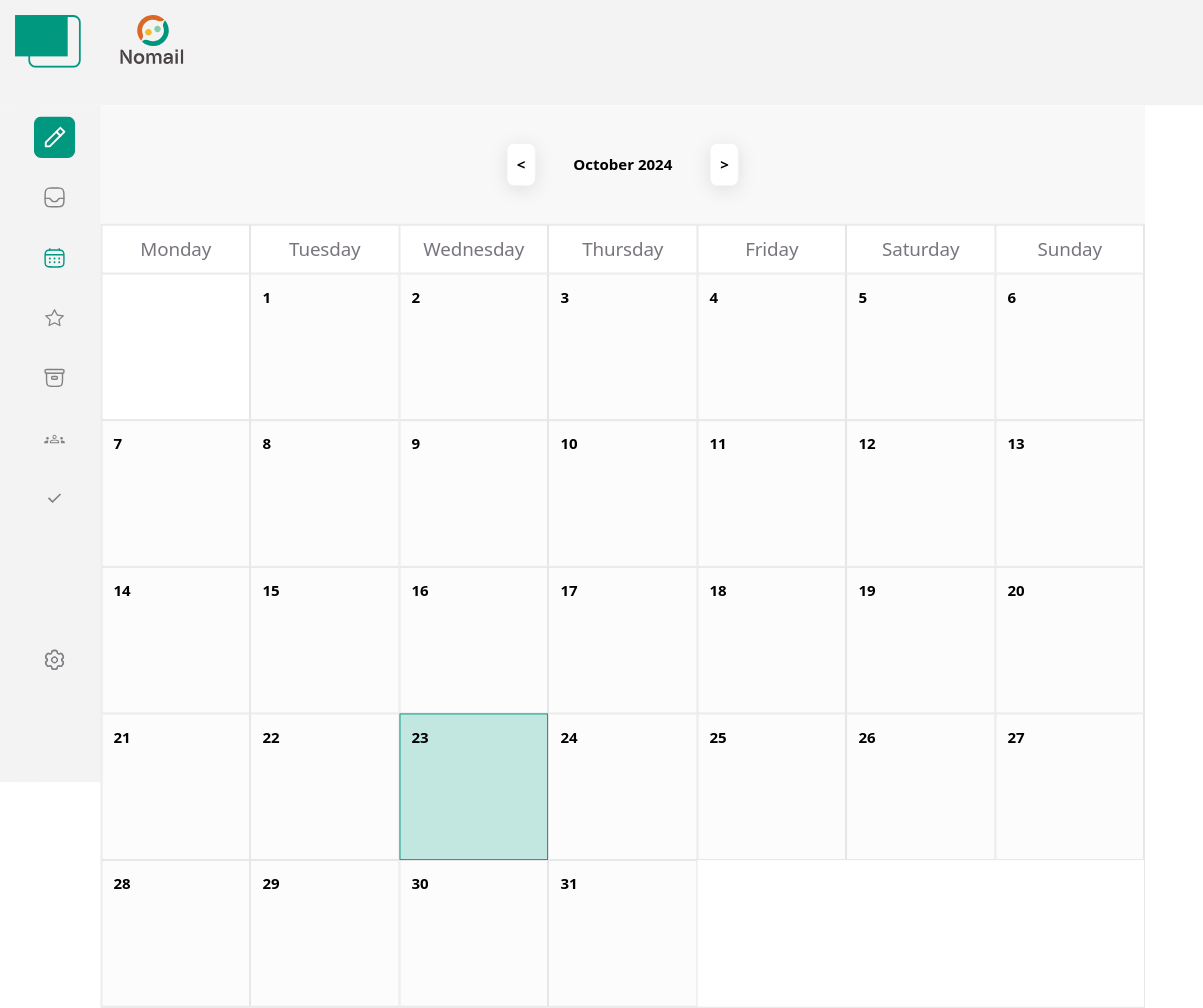
Repository: Tofigkh1/Nomail-App
Page: /calendar
These files come from the project's save history. The page is drawn as it stood at one moment and after the next save; the edit follows.
The browser window is 1280 px wide. The pictures show the whole page, at 94% of full size.
The project was rebuilt for these pictures with package versions that can differ from the ones it lists, and the page was loaded fresh each time. The framework's server and built-in components were replaced by stand-ins that run in the browser. Also part of the build but not shown: next.config.mjs, components/shared/svg/calendarSvg.jsx.

Above is the page before, as saved 2024-10-23 03:21:51.

### app/layout.tsx
import type { Metadata } from "next";
import localFont from "next/font/local";
import "./Styles/globals.css";
import Header from "@/components/shared/client/Header/header";

const geistSans = localFont({
  src: "./fonts/GeistVF.woff",
  variable: "--font-geist-sans",
  weight: "100 900",
});
const geistMono = localFont({
  src: "./fonts/GeistMonoVF.woff",
  variable: "--font-geist-mono",
  weight: "100 900",
});

export const metadata: Metadata = {
  title: "Create Next App",
  description: "Generated by create next app",
};

export default function RootLayout({
  children,
}: Readonly<{
  children: React.ReactNode;
}>) {
  return (
    <html lang="en">
      <body
        className={`${geistSans.variable} ${geistMono.variable} antialiased`}
      >
        {children}

      </body>
    </html>
  );
}

### app/calendar/page.tsx
"use client"
import Header from "@/components/shared/client/Header/header";
import Sidebar, { SidebarContext, SidebarItem } from "@/components/shared/client/SideBarMenu/sideBarMenu";
import NomailPaleSvg from '../../components/shared/svg/nomailPaleSvg';
import NewMail from '../../components/shared/svg/newMail';
import InboxSvg from '../../components/shared/svg/InboxSvg';
import CalendarSvg from '../../components/shared/svg/calendarSvg';
import FavoritesSvg from '../../components/shared/svg/FavoritesSvg';
import ArchiveSvg from '../../components/shared/svg/ArchiveSvg';
import GroupSvg from '../../components/shared/svg/groupSvg';
import TodoSvg from '../../components/shared/svg/TodoSvg';
import { useState } from "react";
import MainFrameMessage from "@/components/shared/client/MainFrameMessage";
import { Calendar } from '../../components/shared/client/Calendar/index';
import { usePathname } from "next/navigation";
import Link from "next/link"; // Link ile yönlendirme yapacağız
import CalendarActiveSvg from "../../components/shared/svg/calendarActiveSvg";
import SettingSvg from "../../components/shared/svg/settingSvg";

export default function CalendarPage() {
    const [expanded, setExpanded] = useState(false); // Sidebar state
    const pathname = usePathname(); // Pathname'i almak için usePathname kullanıldı

    // Sidebar genişliği: genişletildiğinde 250px, daraltıldığında 95px olacak
    const sidebarWidth = expanded ? '200px' : '45px';

    return (
        <div>
            <SidebarContext.Provider value={{ expanded, setExpanded }}>
                <div>
                    <Header />

                    <div className="flex">
                        {/* Sidebar Section */}
                        <div style={{ width: sidebarWidth }}>
                            <Sidebar>
                                <SidebarItem
                                    icon={<NewMail />}
                                    text="New Mail"
                                    active={false}
                                    onClick={() => {}} // Handle clicks if needed
                                />
                                <SidebarItem
                                    icon={<InboxSvg />}
                                    text="Inbox"
                                    active={false}
                                    onClick={() => {}}
                                />
                                  <SidebarItem
                                icon={pathname === '/calendar' ? <CalendarActiveSvg /> : <CalendarSvg />}
                                active={pathname === '/calendar'}
                                text="Calendar"
                                onClick={() => push('/calendar')}
                            />
                                <SidebarItem
                                    icon={<FavoritesSvg />}
                                    text="Favorites"
                                    active={false}
                                    onClick={() => {}}
                                />
                                <SidebarItem
                                    icon={<ArchiveSvg />}
                                    text="Archive"
                                    active={false}
                                    onClick={() => {}}
                                />
                                <SidebarItem
                                    icon={<GroupSvg />}
                                    text="Groups"
                                    active={false}
                                    onClick={() => {}}
                                />
                                <SidebarItem
                                    icon={<TodoSvg />}
                                    text="To do"
                                    active={false}
                                    onClick={() => {}}
                                />
                                   {/* Settings item moved to the bottom */}
                            <div className=" mt-28">
                                <SidebarItem
                                    icon={<SettingSvg />}
                                    text="Settings"
                                    active={false}
                                    onClick={() => {}}
                                />
                            </div>
                            </Sidebar>
                        </div>
                        <div className="flex flex-grow justify-center items-center  flex-col font-semibold ">
                   <Calendar/>
                        </div>


                    </div>
                </div>
            </SidebarContext.Provider>
        </div>
    );
}

### app/Styles/globals.css
@tailwind base;
@tailwind components;
@tailwind utilities;


.App {
  font-family: sans-serif;
  text-align: center;
}


:root {
  --background: #ffffff;
  --foreground: #171717;
}

@media (prefers-color-scheme: dark) {
  :root {
    --background: #0a0a0a;
    --foreground: #ededed;
  }
}


@layer utilities {
  .text-balance {
    text-wrap: balance;
  }
}

### components/shared/client/Header/header.tsx
import { useContext } from "react";
import { SidebarContext } from '../SideBarMenu/sideBarMenu'; // Import context
import NomailLogo from "@/components/shared/svg/headerlLogoSvg";
import HamburgerBtnSvg from "../../svg/hamburgerBtnSvg"



export default function Header() {

    const { expanded, setExpanded } = useContext(SidebarContext); // Access context

    return (
        <div className="flex items-center justify-between p-4 bg-headerColor text-white">
            <div className='w-auto h-20 flex gap-14'>

                <div>
                    <button onClick={() => setExpanded(!expanded)}
                            className="pl-3.5 bg-textColorGreen hover:bg-clientButtonGreen w-14 h-11">
                        <HamburgerBtnSvg/>
                    </button>
                </div>

                <div>
                    <NomailLogo/>
                </div>


            </div>
        </div>
    );
}

### components/shared/client/SideBarMenu/sideBarMenu.tsx
import React, { useState, useContext, ReactNode } from "react";
import { ChevronFirst, ChevronLast } from "lucide-react";

export const SidebarContext = React.createContext<{ expanded: boolean; setExpanded: (expanded: boolean) => void; }>({
    expanded: false,
    setExpanded: () => {},
});

// Sidebar component now depends on context for state
export default function Sidebar({ children }: { children: ReactNode }) {
    const { expanded, setExpanded } = useContext(SidebarContext);

    return (
        <aside className="h-screen bg-headerColor">
            <nav
                className={`h-full flex flex-col bg-headerColor border-r border-whiteLight3 transition-all duration-200 ease-in-out ml-3 ${expanded ? "w-[127%] h-[130%] " : "w-[99px]"}`}>

                <ul className=" flex-1 px-3">{children}</ul>
            </nav>
        </aside>
    );
}

// SidebarItem component for individual items inside the sidebar
type SidebarItemProps = {
    icon: ReactNode;   // Icon to display in the sidebar item
    text: string;      // Text to display in the sidebar item
    active: boolean;   // Boolean to determine if the item is active (highlighted)
    onClick: () => void; // Add onClick function to handle clicks
    style?: React.CSSProperties;
};

export function SidebarItem({icon, text, active, onClick,style}: SidebarItemProps) {
    const context = useContext(SidebarContext); // Sidebar context to manage expanded/collapsed state
    const {expanded} = context!;

    return (
        <li
            onClick={onClick} // Attach the click handler here
            style={style}
            className={`group relative flex items-center py-2 px-3 my-1 font-medium rounded-md cursor-pointer duration-300 ease-in-out transition-colors
          ${
                active
                    ? " text-mainRedLight " // Active item style
                    : " text-gray-600 " // Hover style for non-active items
            }`}
        >

            <span className="text-xl transition-all duration-300 ease-in-out">
        {icon}
      </span>

            {/* Text büyütüldü ve boşluk artırıldı */}
            {expanded && (
                <span className="ml-4 text-xl text-black transition-all duration-300 ease-in-out ">
          {text}
        </span>
            )}

            {/* Navbar kapalıyken hover ile çıkan isimler için arka plan yeşil yapıldı */}
            {!expanded && (
                <span
                    className={` absolute left-full whitespace-nowrap bg-textColorGreen text-white rounded-md py-1 px-2 transition-all duration-300 ease-in-out ml-2 opacity-0 group-hover:opacity-100`}
                >
          {text}
        </span>
            )}
        </li>
    );
}

### components/shared/svg/newMail.jsx
'use client'
export default function  newMail(){
    return(
        <>
            <svg width="44" height="44" viewBox="0 0 44 44" fill="none" xmlns="http://www.w3.org/2000/svg">
                <rect width="44" height="44" rx="8" fill="#00987F"/>
                <path fill-rule="evenodd" clip-rule="evenodd"
                      d="M27.5115 11.2439C27.902 10.8534 28.5351 10.8534 28.9257 11.2438L33.1687 15.4863C33.3562 15.6739 33.4616 15.9282 33.4616 16.1935C33.4616 16.4587 33.3562 16.7131 33.1687 16.9006L17.6122 32.4571C17.4247 32.6446 17.1703 32.75 16.9051 32.75H12.6626C12.1103 32.75 11.6626 32.3023 11.6626 31.75V27.5075C11.6626 27.2423 11.768 26.9879 11.9555 26.8004L27.5115 11.2439ZM28.2187 13.3652L13.6626 27.9217V30.75H16.4909L31.0473 16.1935L28.2187 13.3652Z"
                      fill="white"/>
                <path fill-rule="evenodd" clip-rule="evenodd"
                      d="M23.269 15.4864C23.6595 15.0959 24.2927 15.0959 24.6832 15.4864L28.9257 19.7289C29.3162 20.1194 29.3162 20.7526 28.9257 21.1431C28.5352 21.5336 27.902 21.5336 27.5115 21.1431L23.269 16.9006C22.8784 16.5101 22.8784 15.8769 23.269 15.4864Z"
                      fill="white"/>
            </svg>


        </>
    )
}

### components/shared/svg/FavoritesSvg.jsx
'use client'
export default function  favoritesSvg(){
    return(
        <>
            <svg width="44" height="44" viewBox="0 0 44 44" fill="none" xmlns="http://www.w3.org/2000/svg">
                <path
                    d="M15.5808 30.2201C15.4833 30.7528 16.0307 31.1692 16.5132 30.9316L22.0006 28.2246L27.4868 30.9316C27.9693 31.1692 28.5168 30.7528 28.4193 30.2213L27.3818 24.5457L31.7842 20.5188C32.1967 20.142 31.9842 19.4533 31.4317 19.3789L25.3093 18.5438L22.5794 13.3517C22.5274 13.2465 22.4453 13.1576 22.3428 13.0953C22.2402 13.0331 22.1214 13 22 13C21.8787 13 21.7598 13.0331 21.6573 13.0953C21.5547 13.1576 21.4727 13.2465 21.4206 13.3517L18.6907 18.545L12.5683 19.3801C12.0171 19.4545 11.8033 20.1432 12.2146 20.52L16.6182 24.5469L15.5808 30.2225V30.2201ZM21.7119 26.8999L17.1045 29.1725L17.972 24.4245C17.9928 24.3152 17.9852 24.2026 17.9496 24.0969C17.914 23.9911 17.8517 23.8955 17.7682 23.8185L14.1358 20.4948L19.2007 19.8037C19.3054 19.788 19.4046 19.7484 19.4901 19.6883C19.5756 19.6281 19.6448 19.5492 19.6919 19.4581L21.9981 15.0688L24.3068 19.4581C24.354 19.5492 24.4232 19.6281 24.5086 19.6883C24.5941 19.7484 24.6934 19.788 24.7981 19.8037L29.863 20.4936L26.2306 23.8173C26.1469 23.8944 26.0844 23.9903 26.0488 24.0962C26.0133 24.2022 26.0057 24.315 26.0268 24.4245L26.8943 29.1725L22.2869 26.8999C22.1979 26.8555 22.0991 26.8324 21.9988 26.8324C21.8985 26.8324 21.8009 26.8555 21.7119 26.8999Z"
                    fill="#A4A4A9"/>
                <path
                    d="M15.5808 30.2201C15.4833 30.7528 16.0307 31.1692 16.5132 30.9316L22.0006 28.2246L27.4868 30.9316C27.9693 31.1692 28.5168 30.7528 28.4193 30.2213L27.3818 24.5457L31.7842 20.5188C32.1967 20.142 31.9842 19.4533 31.4317 19.3789L25.3093 18.5438L22.5794 13.3517C22.5274 13.2465 22.4453 13.1576 22.3428 13.0953C22.2402 13.0331 22.1214 13 22 13C21.8787 13 21.7598 13.0331 21.6573 13.0953C21.5547 13.1576 21.4727 13.2465 21.4206 13.3517L18.6907 18.545L12.5683 19.3801C12.0171 19.4545 11.8033 20.1432 12.2146 20.52L16.6182 24.5469L15.5808 30.2225V30.2201ZM21.7119 26.8999L17.1045 29.1725L17.972 24.4245C17.9928 24.3152 17.9852 24.2026 17.9496 24.0969C17.914 23.9911 17.8517 23.8955 17.7682 23.8185L14.1358 20.4948L19.2007 19.8037C19.3054 19.788 19.4046 19.7484 19.4901 19.6883C19.5756 19.6281 19.6448 19.5492 19.6919 19.4581L21.9981 15.0688L24.3068 19.4581C24.354 19.5492 24.4232 19.6281 24.5086 19.6883C24.5941 19.7484 24.6934 19.788 24.7981 19.8037L29.863 20.4936L26.2306 23.8173C26.1469 23.8944 26.0844 23.9903 26.0488 24.0962C26.0133 24.2022 26.0057 24.315 26.0268 24.4245L26.8943 29.1725L22.2869 26.8999C22.1979 26.8555 22.0991 26.8324 21.9988 26.8324C21.8985 26.8324 21.8009 26.8555 21.7119 26.8999Z"
                    fill="black" fill-opacity="0.2"/>
            </svg>


        </>
    )
}

### components/shared/svg/ArchiveSvg.jsx
'use client'
export default function archiveSvg(){
    return(
        <>
            <svg width="44" height="44" viewBox="0 0 44 44" fill="none" xmlns="http://www.w3.org/2000/svg">
                <path
                    d="M19 22C19 21.534 19 21.301 19.076 21.117C19.1777 20.8725 19.3723 20.6783 19.617 20.577C19.801 20.5 20.034 20.5 20.5 20.5H23.5C23.966 20.5 24.199 20.5 24.383 20.576C24.6275 20.6777 24.8217 20.8723 24.923 21.117C25 21.301 25 21.534 25 22C25 22.466 25 22.699 24.924 22.883C24.8223 23.1275 24.6277 23.3217 24.383 23.423C24.199 23.5 23.966 23.5 23.5 23.5H20.5C20.034 23.5 19.801 23.5 19.617 23.424C19.3725 23.3223 19.1783 23.1277 19.077 22.883C19 22.699 19 22.466 19 22Z"
                    stroke="#A4A4A9" stroke-width="1.5"/>
                <path
                    d="M19 22C19 21.534 19 21.301 19.076 21.117C19.1777 20.8725 19.3723 20.6783 19.617 20.577C19.801 20.5 20.034 20.5 20.5 20.5H23.5C23.966 20.5 24.199 20.5 24.383 20.576C24.6275 20.6777 24.8217 20.8723 24.923 21.117C25 21.301 25 21.534 25 22C25 22.466 25 22.699 24.924 22.883C24.8223 23.1275 24.6277 23.3217 24.383 23.423C24.199 23.5 23.966 23.5 23.5 23.5H20.5C20.034 23.5 19.801 23.5 19.617 23.424C19.3725 23.3223 19.1783 23.1277 19.077 22.883C19 22.699 19 22.466 19 22Z"
                    stroke="black" stroke-opacity="0.2" stroke-width="1.5"/>
                <path
                    d="M30.5 17V23C30.5 26.771 30.5 28.657 29.328 29.828C28.157 31 26.271 31 22.5 31H21.5C17.729 31 15.843 31 14.672 29.828C13.5 28.657 13.5 26.771 13.5 23V17"
                    stroke="#A4A4A9" stroke-width="1.5" stroke-linecap="round"/>
                <path
                    d="M30.5 17V23C30.5 26.771 30.5 28.657 29.328 29.828C28.157 31 26.271 31 22.5 31H21.5C17.729 31 15.843 31 14.672 29.828C13.5 28.657 13.5 26.771 13.5 23V17"
                    stroke="black" stroke-opacity="0.2" stroke-width="1.5" stroke-linecap="round"/>
                <path
                    d="M12 15C12 14.057 12 13.586 12.293 13.293C12.586 13 13.057 13 14 13H30C30.943 13 31.414 13 31.707 13.293C32 13.586 32 14.057 32 15C32 15.943 32 16.414 31.707 16.707C31.414 17 30.943 17 30 17H14C13.057 17 12.586 17 12.293 16.707C12 16.414 12 15.943 12 15Z"
                    stroke="#A4A4A9" stroke-width="1.5"/>
                <path
                    d="M12 15C12 14.057 12 13.586 12.293 13.293C12.586 13 13.057 13 14 13H30C30.943 13 31.414 13 31.707 13.293C32 13.586 32 14.057 32 15C32 15.943 32 16.414 31.707 16.707C31.414 17 30.943 17 30 17H14C13.057 17 12.586 17 12.293 16.707C12 16.414 12 15.943 12 15Z"
                    stroke="black" stroke-opacity="0.2" stroke-width="1.5"/>
            </svg>

        </>
    )
}

### components/shared/svg/TodoSvg.jsx
'use client'
export default function  todoSvg(){
    return(
        <>
            <svg width="44" height="44" viewBox="0 0 44 44" fill="none" xmlns="http://www.w3.org/2000/svg">
                <path d="M19.8957 27L15 22.2599L16.2239 21.0748L19.8957 24.6299L27.7761 17L29 18.185L19.8957 27Z"
                      fill="#A4A4A9"/>
                <path d="M19.8957 27L15 22.2599L16.2239 21.0748L19.8957 24.6299L27.7761 17L29 18.185L19.8957 27Z"
                      fill="black" fill-opacity="0.2"/>
            </svg>

        </>
    )
}

### components/shared/svg/calendarActiveSvg.jsx
'use client'
export default function  calendarActiveSvg(){
    return(
        <>



     <svg width="44" height="44" viewBox="0 0 44 44" fill="none" xmlns="http://www.w3.org/2000/svg">
<path fill-rule="evenodd" clip-rule="evenodd" d="M15.711 14.8898C14.7049 15.0251 14.1254 15.2789 13.7026 15.7021C13.2793 16.125 13.0251 16.7049 12.8898 17.711C12.7516 18.7386 12.75 20.0933 12.75 22V24C12.75 25.9067 12.7516 27.2614 12.8898 28.289C13.0251 29.2951 13.2789 29.8746 13.7021 30.2974C14.125 30.7207 14.7049 30.9749 15.711 31.1102C16.7386 31.2484 18.0933 31.25 20 31.25H24C25.9067 31.25 27.2614 31.2484 28.289 31.1102C29.2951 30.9749 29.8746 30.7211 30.2974 30.2979C30.7207 29.875 30.9749 29.2951 31.1102 28.289C31.2484 27.2614 31.25 25.9067 31.25 24V22C31.25 20.0933 31.2484 18.7386 31.1102 17.711C30.9749 16.7049 30.7211 16.1254 30.2979 15.7026C29.875 15.2793 29.2951 15.0251 28.289 14.8898C27.2614 14.7516 25.9067 14.75 24 14.75H20C18.0933 14.75 16.7386 14.7516 15.711 14.8898ZM19.9436 13.25H24.0564C25.8941 13.25 27.3497 13.25 28.489 13.4032C29.6612 13.5608 30.6101 13.893 31.3581 14.6414C32.1069 15.3896 32.4391 16.3386 32.5968 17.511C32.75 18.6503 32.75 20.1059 32.75 21.9436V24.0565C32.75 25.8941 32.75 27.3498 32.5968 28.489C32.4391 29.6613 32.1069 30.6102 31.3583 31.3583C30.6102 32.1069 29.6613 32.4391 28.489 32.5968C27.3498 32.75 25.8941 32.75 24.0565 32.75H19.9436C18.1059 32.75 16.6503 32.75 15.511 32.5968C14.3386 32.4391 13.3896 32.1069 12.6414 31.3581C11.893 30.6101 11.5608 29.6612 11.4032 28.489C11.25 27.3497 11.25 25.8941 11.25 24.0564V21.9436C11.25 20.1059 11.25 18.6503 11.4032 17.511C11.5609 16.3387 11.8931 15.3898 12.6417 14.6417C13.3898 13.8931 14.3387 13.5609 15.511 13.4032C16.6503 13.25 18.1059 13.25 19.9436 13.25Z" fill="#00987F"/>
<path fill-rule="evenodd" clip-rule="evenodd" d="M17 11.75C17.4142 11.75 17.75 12.0858 17.75 12.5V14C17.75 14.4142 17.4142 14.75 17 14.75C16.5858 14.75 16.25 14.4142 16.25 14V12.5C16.25 12.0858 16.5858 11.75 17 11.75ZM27 11.75C27.4142 11.75 27.75 12.0858 27.75 12.5V14C27.75 14.4142 27.4142 14.75 27 14.75C26.5858 14.75 26.25 14.4142 26.25 14V12.5C26.25 12.0858 26.5858 11.75 27 11.75ZM11.75 19C11.75 18.5858 12.0858 18.25 12.5 18.25H31.5C31.9142 18.25 32.25 18.5858 32.25 19C32.25 19.4142 31.9142 19.75 31.5 19.75H12.5C12.0858 19.75 11.75 19.4142 11.75 19Z" fill="#00987F"/>
<path d="M28 27C28 27.2652 27.8946 27.5196 27.7071 27.7071C27.5196 27.8946 27.2652 28 27 28C26.7348 28 26.4804 27.8946 26.2929 27.7071C26.1054 27.5196 26 27.2652 26 27C26 26.7348 26.1054 26.4804 26.2929 26.2929C26.4804 26.1054 26.7348 26 27 26C27.2652 26 27.5196 26.1054 27.7071 26.2929C27.8946 26.4804 28 26.7348 28 27ZM28 23C28 23.2652 27.8946 23.5196 27.7071 23.7071C27.5196 23.8946 27.2652 24 27 24C26.7348 24 26.4804 23.8946 26.2929 23.7071C26.1054 23.5196 26 23.2652 26 23C26 22.7348 26.1054 22.4804 26.2929 22.2929C26.4804 22.1054 26.7348 22 27 22C27.2652 22 27.5196 22.1054 27.7071 22.2929C27.8946 22.4804 28 22.7348 28 23ZM23 27C23 27.2652 22.8946 27.5196 22.7071 27.7071C22.5196 27.8946 22.2652 28 22 28C21.7348 28 21.4804 27.8946 21.2929 27.7071C21.1054 27.5196 21 27.2652 21 27C21 26.7348 21.1054 26.4804 21.2929 26.2929C21.4804 26.1054 21.7348 26 22 26C22.2652 26 22.5196 26.1054 22.7071 26.2929C22.8946 26.4804 23 26.7348 23 27ZM23 23C23 23.2652 22.8946 23.5196 22.7071 23.7071C22.5196 23.8946 22.2652 24 22 24C21.7348 24 21.4804 23.8946 21.2929 23.7071C21.1054 23.5196 21 23.2652 21 23C21 22.7348 21.1054 22.4804 21.2929 22.2929C21.4804 22.1054 21.7348 22 22 22C22.2652 22 22.5196 22.1054 22.7071 22.2929C22.8946 22.4804 23 22.7348 23 23ZM18 27C18 27.2652 17.8946 27.5196 17.7071 27.7071C17.5196 27.8946 17.2652 28 17 28C16.7348 28 16.4804 27.8946 16.2929 27.7071C16.1054 27.5196 16 27.2652 16 27C16 26.7348 16.1054 26.4804 16.2929 26.2929C16.4804 26.1054 16.7348 26 17 26C17.2652 26 17.5196 26.1054 17.7071 26.2929C17.8946 26.4804 18 26.7348 18 27ZM18 23C18 23.2652 17.8946 23.5196 17.7071 23.7071C17.5196 23.8946 17.2652 24 17 24C16.7348 24 16.4804 23.8946 16.2929 23.7071C16.1054 23.5196 16 23.2652 16 23C16 22.7348 16.1054 22.4804 16.2929 22.2929C16.4804 22.1054 16.7348 22 17 22C17.2652 22 17.5196 22.1054 17.7071 22.2929C17.8946 22.4804 18 22.7348 18 23Z" fill="#00987F"/>
</svg>



        </>
    )
}

### components/shared/svg/hamburgerBtnSvg.jsx
'use client'
export default function  HamburgerBtnSvg(){
    return(
        <>
            <svg width="56" height="56" viewBox="0 0 56 56" fill="none" xmlns="http://www.w3.org/2000/svg">
                <rect x="1" y="1" width="54" height="54" rx="7" stroke="#00987F" stroke-width="2"/>
                <path d="M19 22H37V24H19V22ZM19 27H37V29H19V27ZM19 32H37V34H19V32Z" fill="#00987F"/>
            </svg>


        </>
    )
}

### tailwind.config.ts
import type { Config } from "tailwindcss";

const config: Config = {
  content: [
    "./pages/**/*.{js,ts,jsx,tsx,mdx}",
    "./components/**/*.{js,ts,jsx,tsx,mdx}",
    "./app/**/*.{js,ts,jsx,tsx,mdx}",
  ],
  theme: {
    extend: {
      colors: {
        background: "var(--background)",
        foreground: "var(--foreground)",
        headerColor: "#F3F3F3",
        textColorGreen: "#00987F",
        textGray: "#A4A4A9",
        sideBarColor: "#E5E5E5",
        textColGreen: "#00987F",
        bordersColor: "#D1D1D6"
      },
    },
  },
  plugins: [],
};
export default config;

Loaded but not shown: components/shared/svg/settingSvg.jsx (25 lines, source omitted); components/shared/client/Calendar/index.jsx (361 lines, source omitted); components/shared/svg/InboxSvg.jsx (17 lines, source omitted); components/shared/svg/groupSvg.jsx (17 lines, source omitted); components/shared/svg/headerlLogoSvg.jsx (38 lines, source omitted); components/shared/client/Calendar/Calendar.css (259 lines, source omitted)

After the next save:
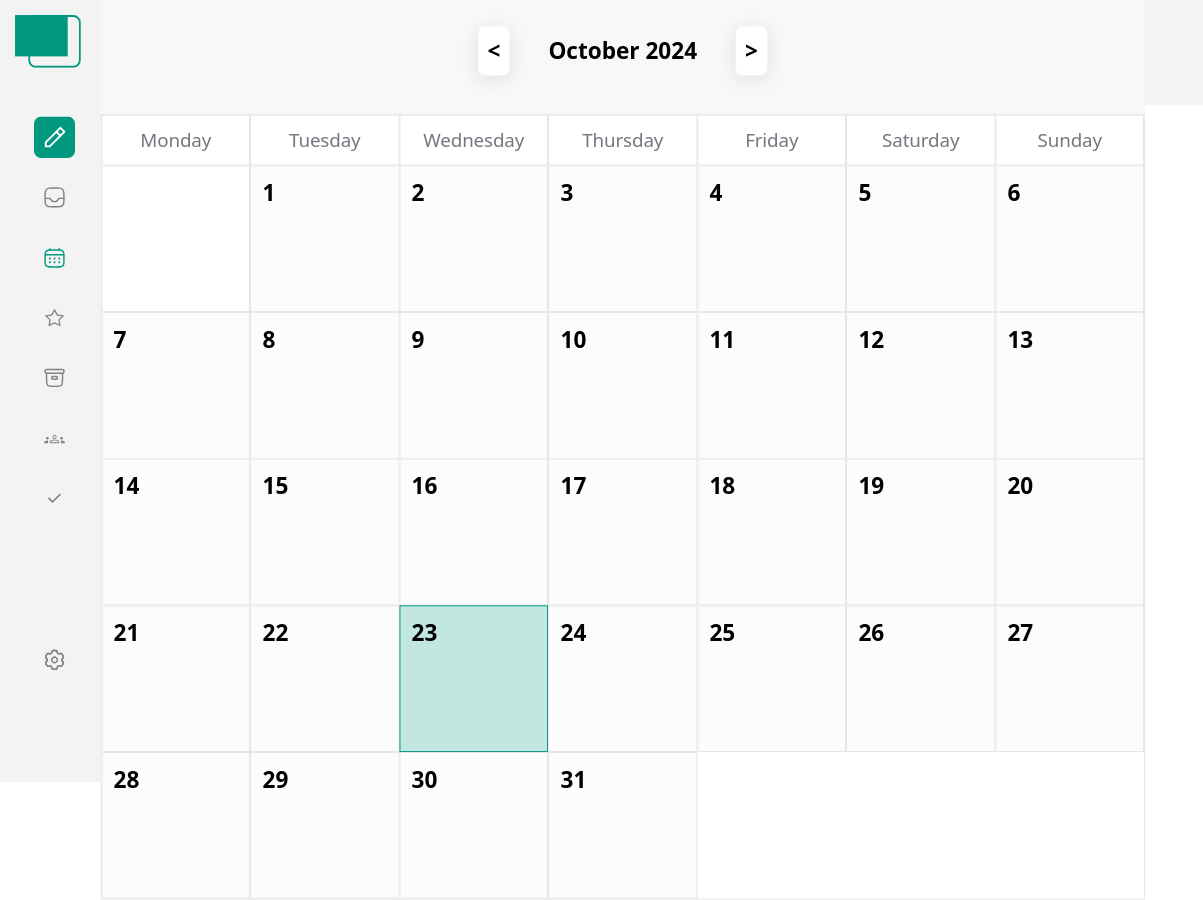
Saved 18 s later.
--- a/app/calendar/page.tsx
+++ b/app/calendar/page.tsx
@@ -87,7 +87,7 @@ export default function CalendarPage() {
                             </div>
                             </Sidebar>
                         </div>
-                        <div className="flex flex-grow justify-center items-center  flex-col font-semibold ">
+                        <div className="flex flex-grow justify-center items-center h-screen flex-col font-semibold text-textGray gap-7 text-2xl ">
                    <Calendar/>
                         </div>
 
